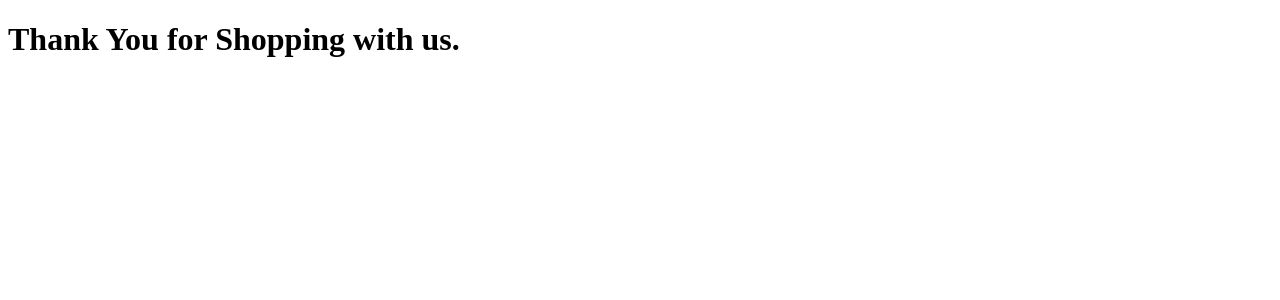
Repository: devgpta19/CDAC-Assignments
Page: http://localhost/ProductsAndUsersUsingJSPAndServlet/Payment.jsp
An editor plug-in stored every save of this project. The page is shown before and after the next save, followed by the edit.
The browser window is 1280 px wide. The pictures show the whole page.
The page is served by Tomcat 9. Other server files are loaded and not shown.

Above is the page before, as saved 2025-11-28 12:28:06.

### Adv.Java/Day6-8/ProductsAndUsersUsingJSPAndServlet/src/main/webapp/Payment.jsp
<%@ page language="java" contentType="text/html; charset=ISO-8859-1"
	pageEncoding="ISO-8859-1"%>
<%@taglib prefix="c" uri="http://java.sun.com/jsp/jstl/core"%>

<!DOCTYPE html>
<html>
<head>
<meta charset="ISO-8859-1">
<title>Insert title here</title>
</head>
<body>

	<h1>Thank You for Shopping with us.</h1>
</body>
</html>

After the next save:
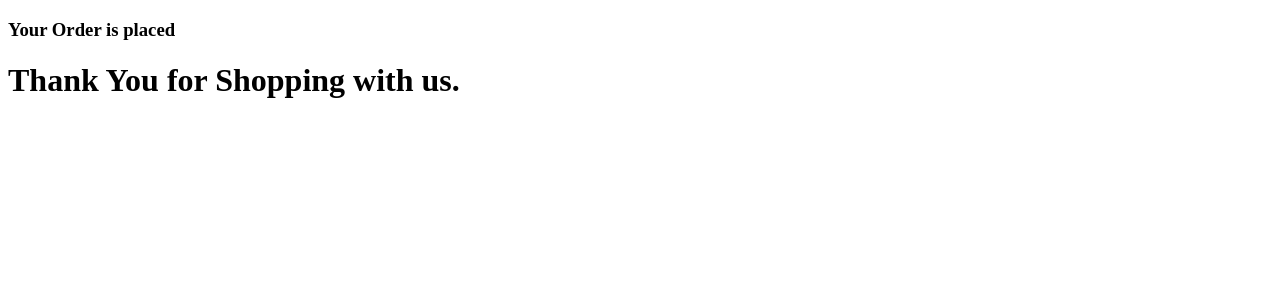
Saved 15 s later.
--- a/Adv.Java/Day6-8/ProductsAndUsersUsingJSPAndServlet/src/main/webapp/Payment.jsp
+++ b/Adv.Java/Day6-8/ProductsAndUsersUsingJSPAndServlet/src/main/webapp/Payment.jsp
@@ -9,7 +9,7 @@
 <title>Insert title here</title>
 </head>
 <body>
-
+	<h3>Your Order is placed</h3>
 	<h1>Thank You for Shopping with us.</h1>
 </body>
 </html>
